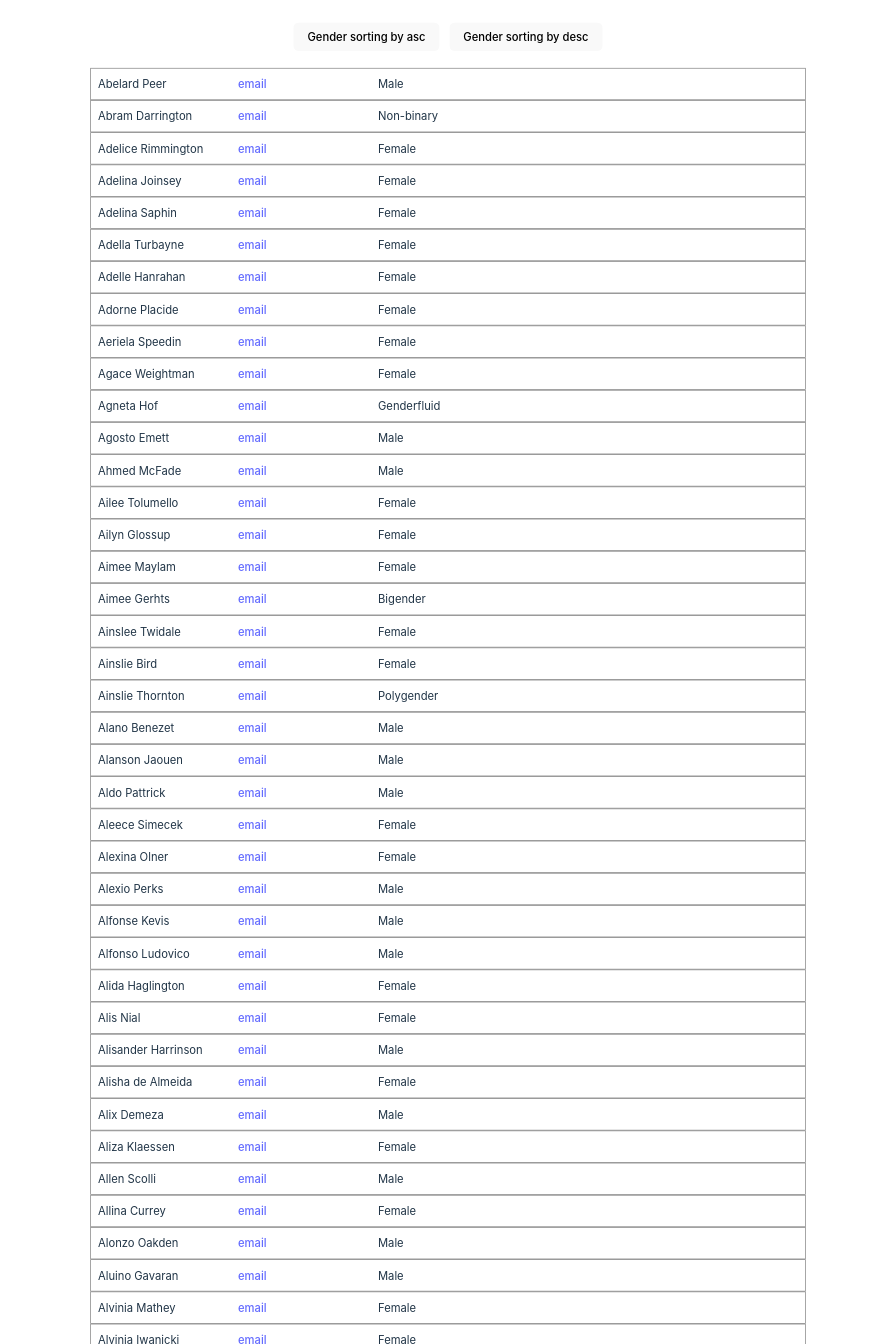
Repository: Kainar9292/sorting
Page: /
These files come from the project's save history. The page is drawn as it stood at one moment and after the next save; the edit follows.
The browser window is 1280 px wide. The pictures show the part of the page from y = 0 to 1920 px (the page is 46129 px tall before and 46153 px after), at 70% of full size.
The project was rebuilt for these pictures with package versions that can differ from the ones it lists, and the page was loaded fresh each time. Also part of the build but not shown: vite.config.js.

Above is the page before, as saved 2022-10-29 15:20:04.

### src/style.css
:root {
  font-family: Inter, Avenir, Helvetica, Arial, sans-serif;
  font-size: 16px;
  line-height: 24px;
  font-weight: 400;

  color-scheme: light dark;
  color: rgba(255, 255, 255, 0.87);
  background-color: #242424;

  font-synthesis: none;
  text-rendering: optimizeLegibility;
  -webkit-font-smoothing: antialiased;
  -moz-osx-font-smoothing: grayscale;
  -webkit-text-size-adjust: 100%;
}

a {
  font-weight: 500;
  color: #646cff;
  text-decoration: inherit;
}
a:hover {
  color: #535bf2;
}

a {
  font-weight: 500;
  color: #646cff;
  text-decoration: inherit;
}
a:hover {
  color: #535bf2;
}

body {
  margin: 0;
  display: flex;
  place-items: center;
  min-width: 320px;
  min-height: 100vh;
}

h1 {
  font-size: 3.2em;
  line-height: 1.1;
}

button {
  border-radius: 8px;
  border: 1px solid transparent;
  padding: 0.6em 1.2em;
  font-size: 1em;
  font-weight: 500;
  font-family: inherit;
  background-color: #1a1a1a;
  cursor: pointer;
  transition: border-color 0.25s;
}
button:hover {
  border-color: #646cff;
}
button:focus,
button:focus-visible {
  outline: 4px auto -webkit-focus-ring-color;
}

.card {
  padding: 2em;
}

#app {
  max-width: 1280px;
  margin: 0 auto;
  padding: 2rem;
  text-align: center;
}

@media (prefers-color-scheme: light) {
  :root {
    color: #213547;
    background-color: #ffffff;
  }
  a:hover {
    color: #747bff;
  }
  button {
    background-color: #f9f9f9;
  }
}

.users {
  display: flex;
  flex-direction: column;
}

.users_item {
  display: flex;
  width: 1000px;
  padding: 10px;
  justify-content: flex-start;
  border: 1px solid gray;
}

.users_item-name {
  display: flex;
  flex-basis: 200px;
}

.users_item-email {
  display: flex;
  flex-basis: 200px;
}

### src/App.vue
<template>
  <Users/>
</template>

<script setup>
import Users from './components/Users.vue'
</script>

### src/components/Users.vue
<template>
  <button @click="sortingByField('gender')">Gender sorting by asc</button>
  &nbsp;
  <button @click="sortingByField('gender', 'desc')">
    Gender sorting by desc
  </button>

  <br />
  <br />
  <div class="users">
    <div class="users_item" v-for="item in state.users">
      <div class="users_item-name">{{ item.first_name }} {{ item.last_name }}</div>
      <a class="users_item-email" href="mailto:{{item.email}}">email</a>
      <div>{{ item.gender }}</div>
      <!-- <br />
      <br /> -->
    </div>
  </div>
</template>

<script setup>
import { reactive } from 'vue';
import { users } from '../service/getUsers';

const state = reactive({
  users: [],
});

state.users = users;

function sortingByField(sortedField, sordetType) {
  state.users = state.users.sort((a, b) => {
    if (sordetType === 'desc') {
      return a[sortedField] < b[sortedField] ? 1 : -1;
    } else {
      return a[sortedField] > b[sortedField] ? 1 : -1;
    }
  });
}

sortingByField('first_name');
</script>

Loaded but not shown: index.html (common file); src/main.js (common file); src/service/getUsers.js (1000 lines, source omitted)

After the next save:
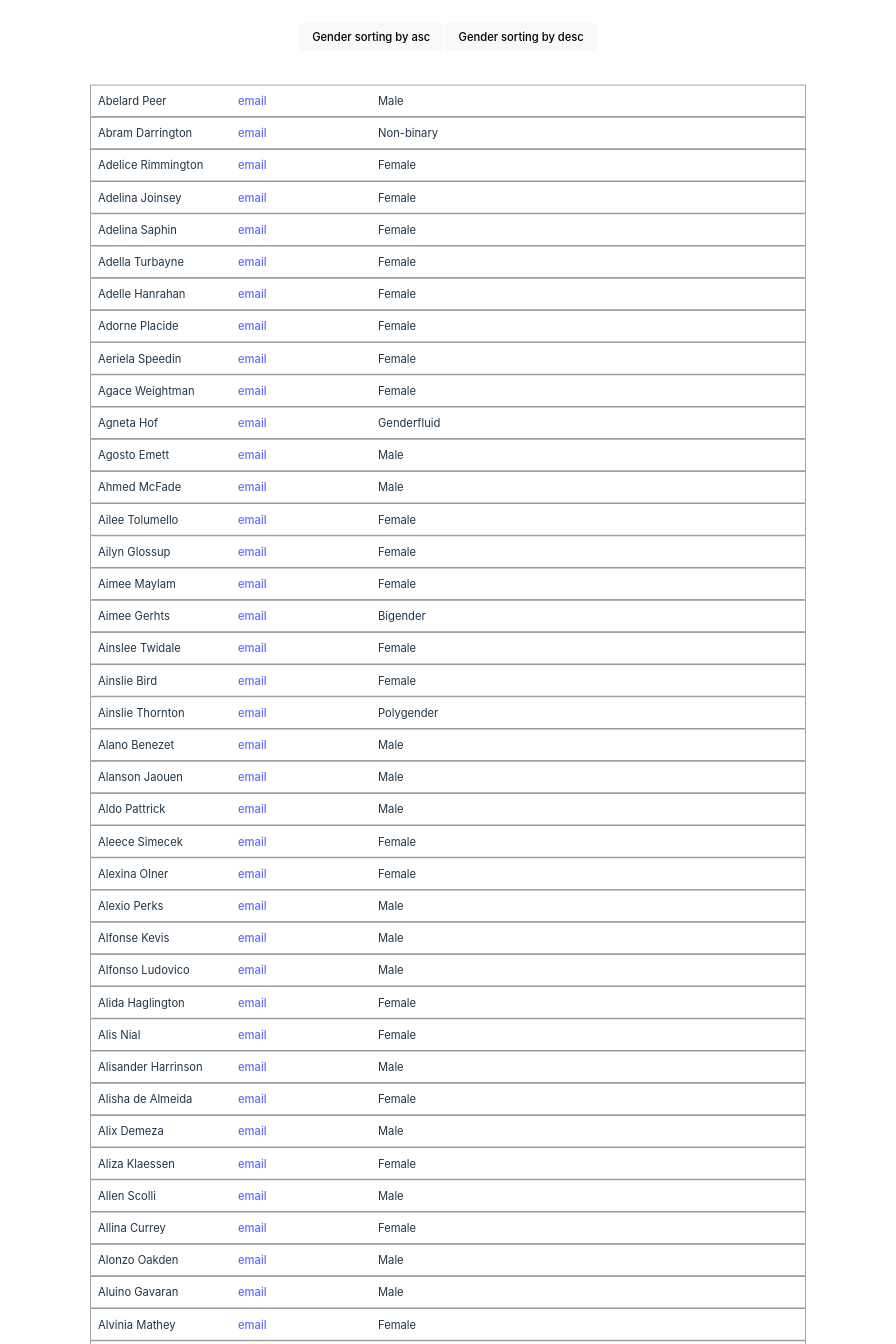
Saved 65 s later.
--- a/src/components/Users.vue
+++ b/src/components/Users.vue
@@ -1,9 +1,11 @@
 <template>
-  <button @click="sortingByField('gender')">Gender sorting by asc</button>
-  &nbsp;
-  <button @click="sortingByField('gender', 'desc')">
-    Gender sorting by desc
-  </button>
+  <div class="users_button">
+    <button @click="sortingByField('gender')">Gender sorting by asc</button>
+
+    <button @click="sortingByField('gender', 'desc')">
+      Gender sorting by desc
+    </button>
+  </div>
 
   <br />
   <br />
